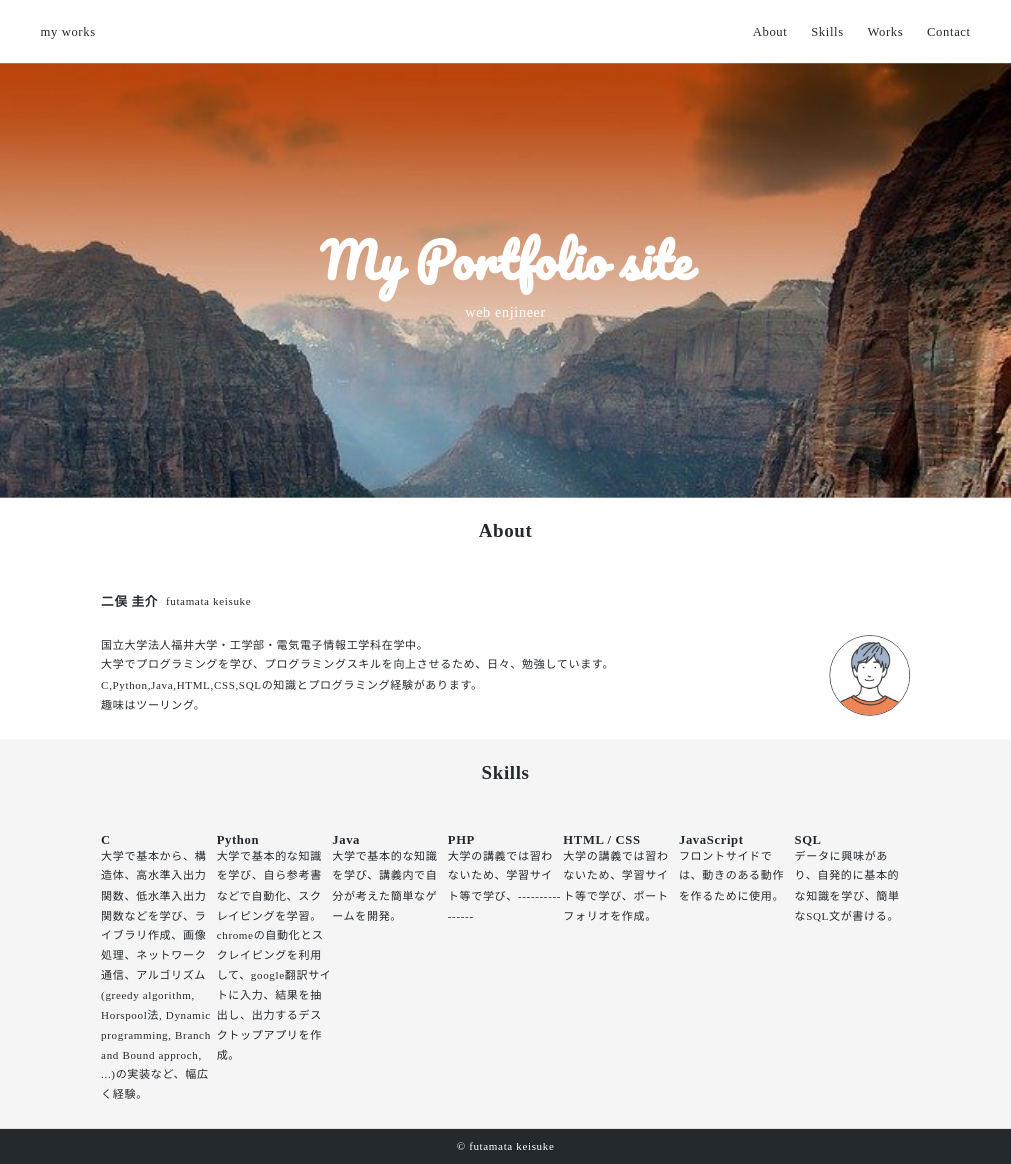
Repository: F-ksk/portfolio
Page: index.html
These files come from the project's save history. The page is drawn as it stood at one moment and after the next save; the edit follows.
The browser window is 1280 px wide. The pictures show the whole page, at 79% of full size.

Above is the page before, as saved 2023-06-29 12:35:08.

After the next save:
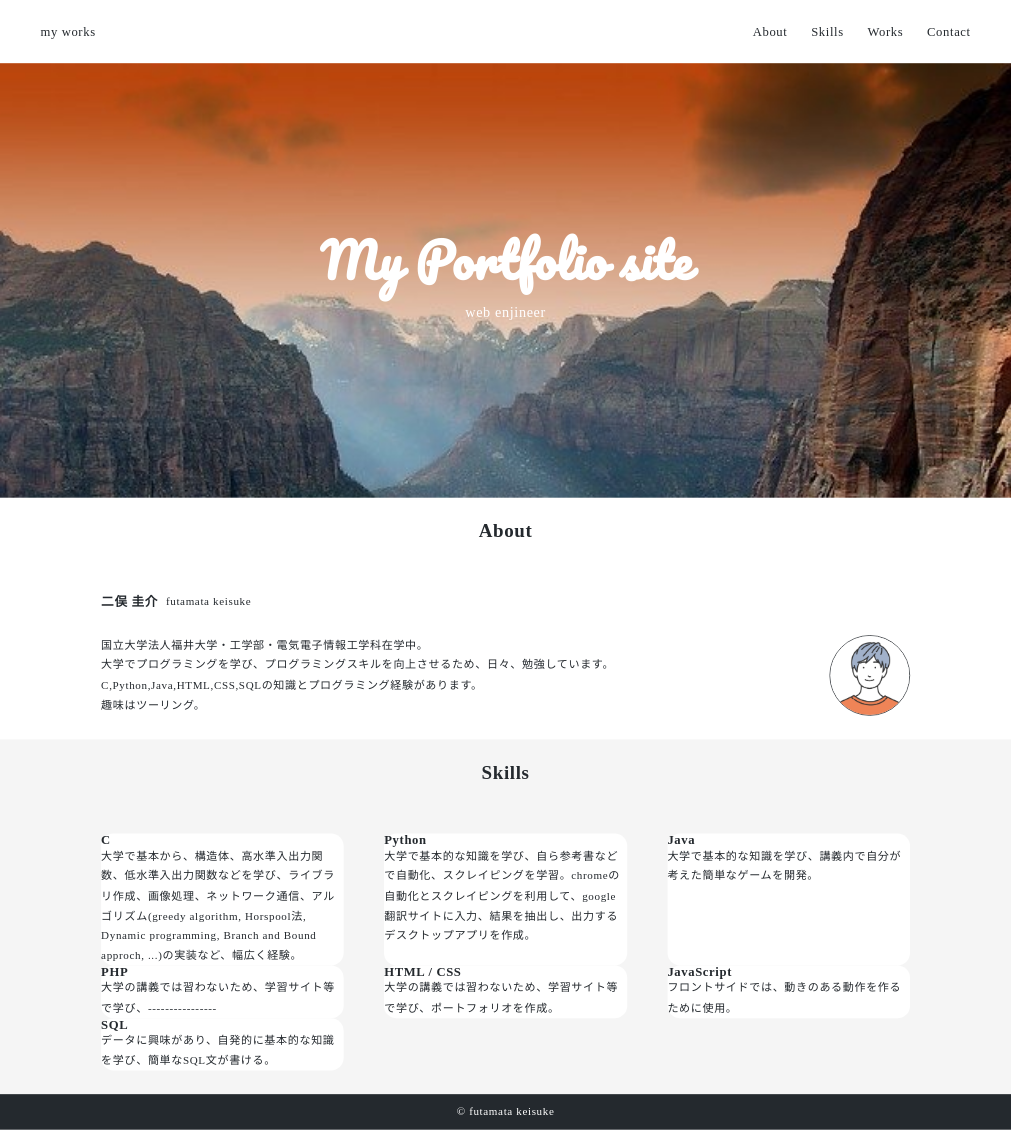
Saved 71 s later.
--- a/css/style.css
+++ b/css/style.css
@@ -122,10 +122,13 @@ section {
 .skill-list {
     display: flex;
     justify-content: space-between;
+    flex-wrap: wrap;
 }
 
 .skill-item {
     width: 30%;
+    background-color: #fff;
+    border-radius: 16px;
 }
 
 footer {
